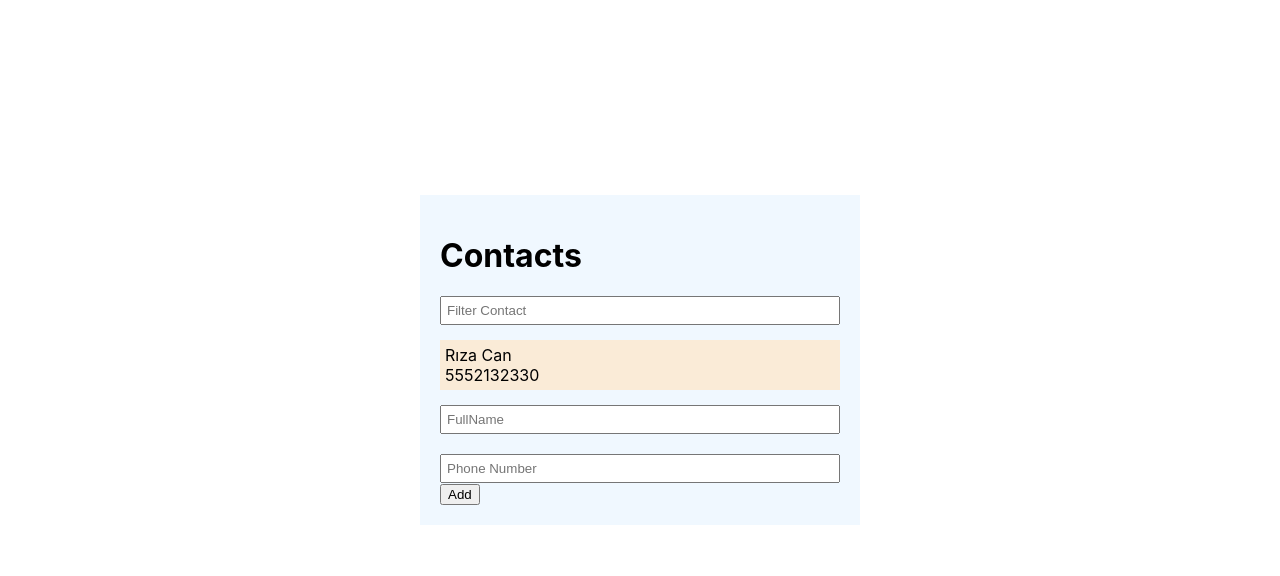
Repository: rizacantire/patika-react
Page: / (app in hello/)
The author's editor kept a copy of each file at every save. The page is drawn from the files as they stood at one save, then again after the next save.
The browser window is 1280 px wide. The pictures show the whole page.
The project was rebuilt for these pictures with package versions that can differ from the ones it lists, and the page was loaded fresh each time.

Above is the page before, as saved 2021-12-14 14:58:55.

After the next save:
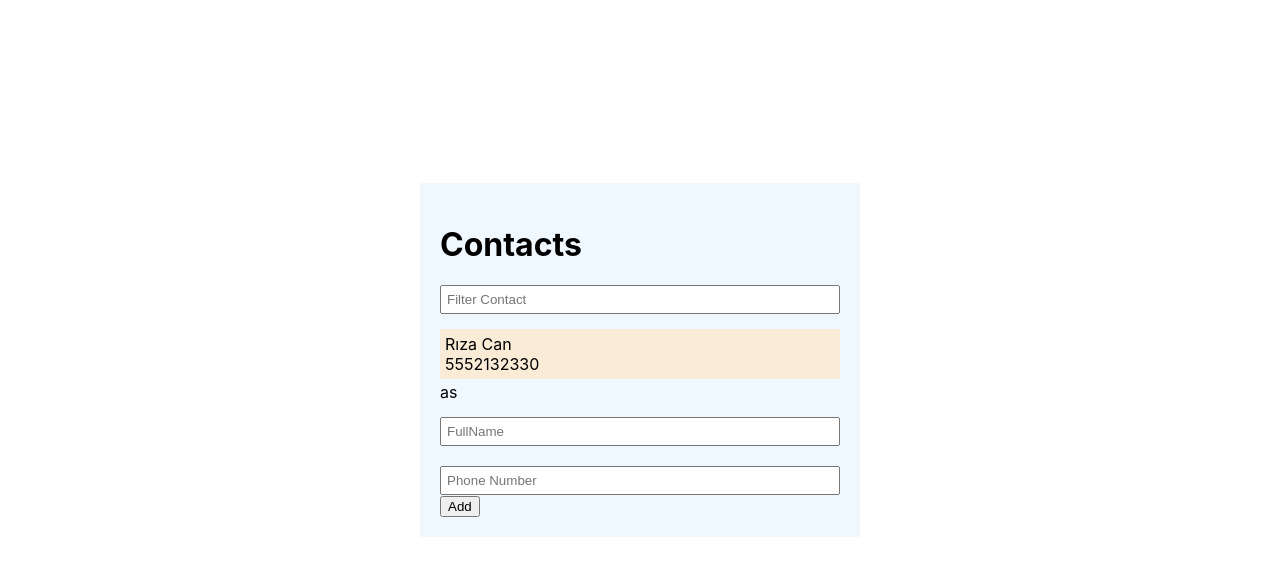
Saved 40 s later.
--- a/hello/src/components/Contacts/List/index.js
+++ b/hello/src/components/Contacts/List/index.js
@@ -29,7 +29,7 @@ function ContactList({contacts}) {
               {c.phone_number}</li>
 
 
-            ))} </ul>
+            ))}as </ul>
         </div>
     )
 }
